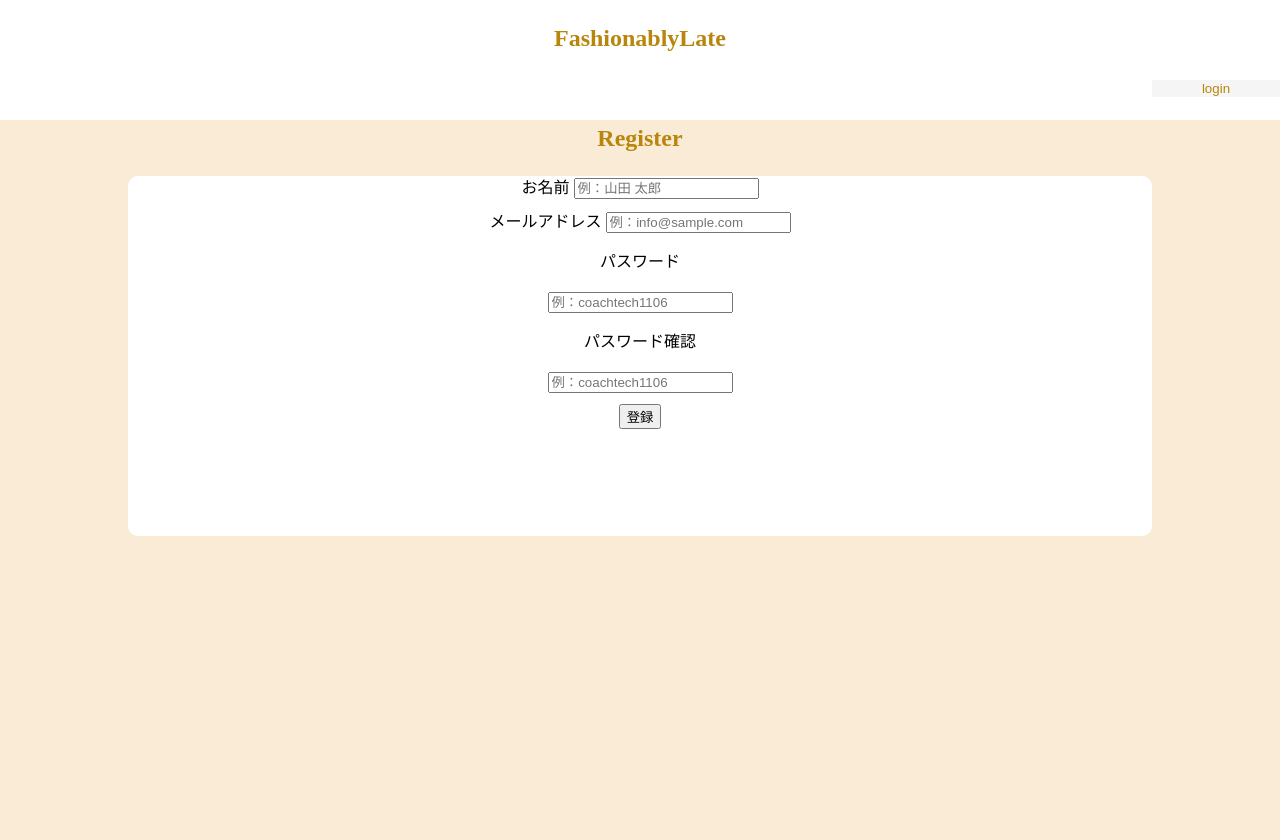
Repository: tokisiro/test-form
Page: http://localhost/register
These files come from the project's save history. The page is drawn as it stood at one moment and after the next save; the edit follows.
The browser window is 1280 px wide. The pictures show the whole page.
The page is served by the project's Laravel application, run on PHP 8.4 with Laravel 8. A made-up administrator, Test User (test@example.com), is signed in.

Above is the page before, as saved 2025-05-07 21:00:19.

After the next save:
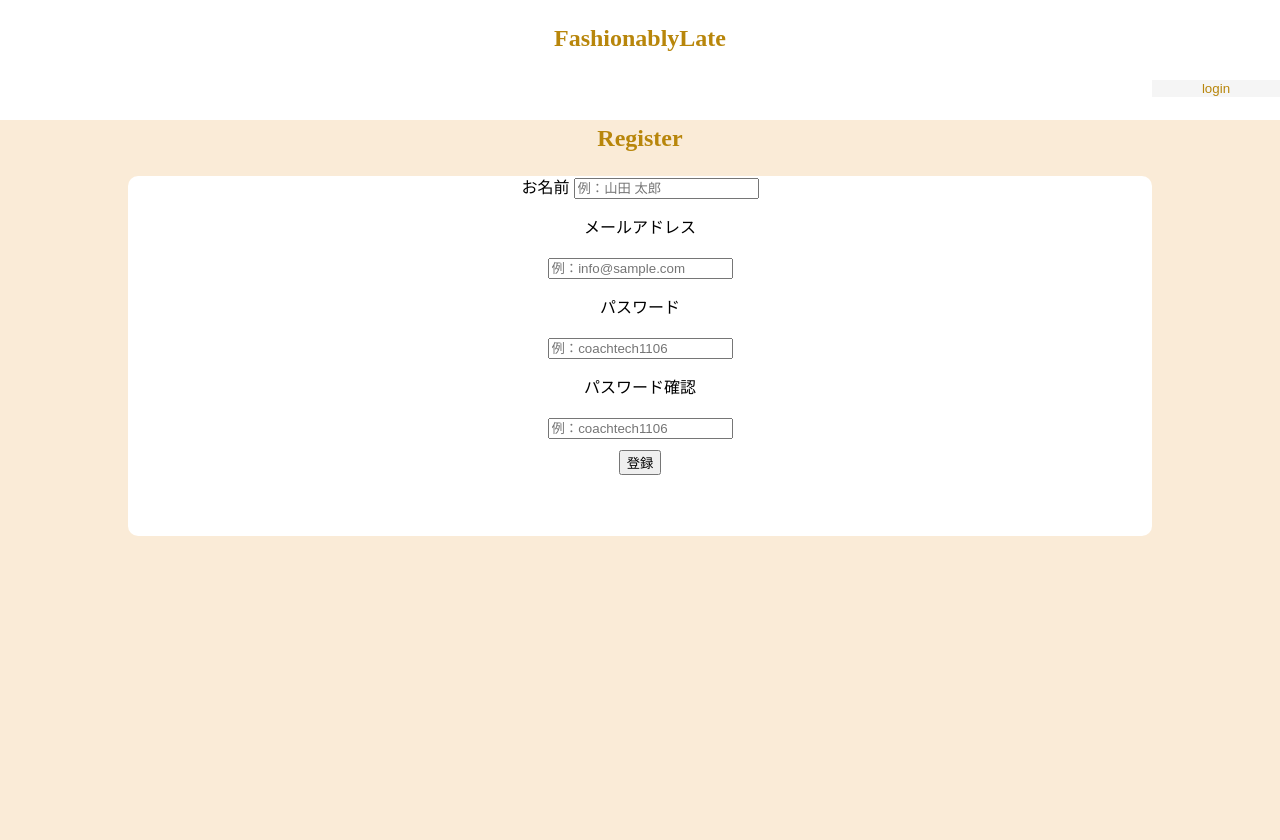
Saved 8 s later.
--- a/src/resources/views/register.blade.php
+++ b/src/resources/views/register.blade.php
@@ -45,7 +45,7 @@
                             <input type="text" name="name" value="{{ old('name') }}" placeholder="例：山田 太郎">
                         </div>
                         <div class="register-form__content-input">
-                            <label>メールアドレス</label>
+                            <p>メールアドレス</p>
                             <input type="email" name="email" value="{{ old('email') }}" placeholder="例：info@sample.com">
                         </div>
                         <div class="register-form__content-input">
